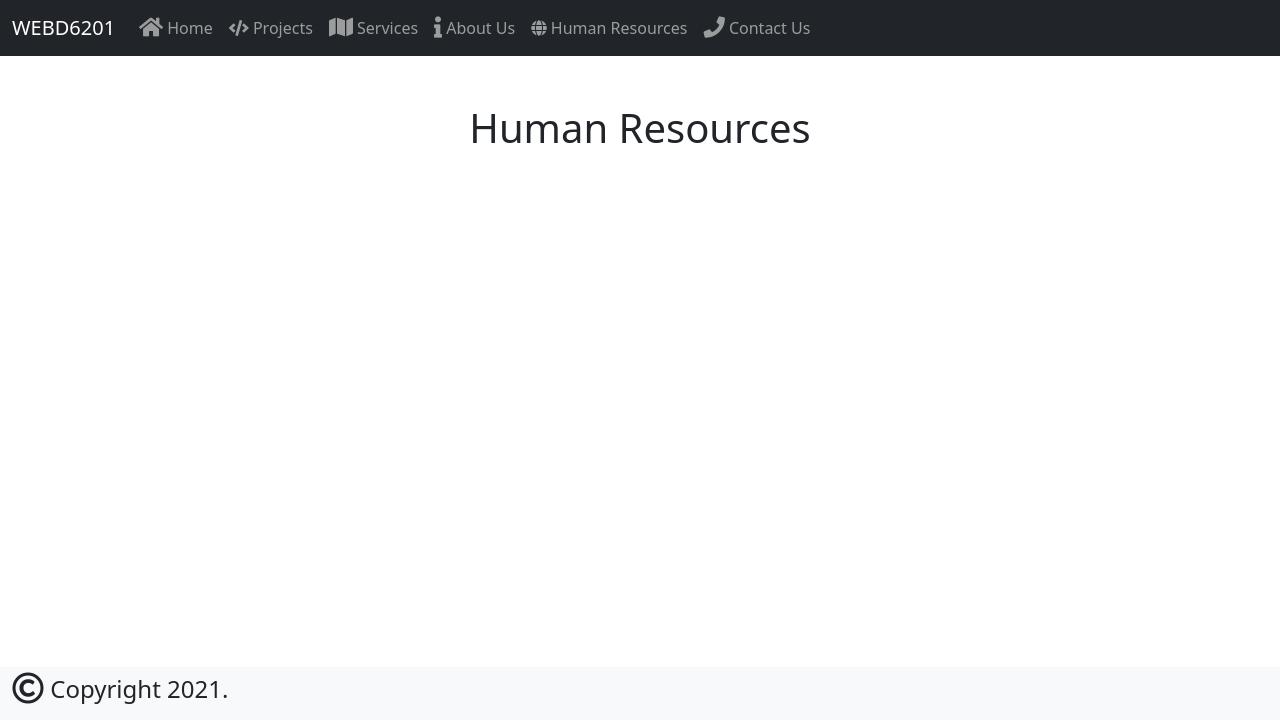
Repository: alto4/Lab-2-Nick-Scott-WEBD6201
Page: human-resources.html
These files come from the project's save history. The page is drawn as it stood at one moment and after a run of saves; the edit follows.
The browser window is 1280 px wide. The pictures show the whole page.

Above is the page before, as saved 2021-02-01 11:34:04.

### human-resources.html
<!DOCTYPE html>
<html lang="en">

<head>
  <meta charset="UTF-8">
  <meta name="viewport" content="width=device-width, initial-scale=1.0">
  <title>Human Resources</title>
  <!-- CSS Section -->
  <link rel="stylesheet" href="./node_modules/bootstrap/dist/css/bootstrap.min.css">
  <link rel="stylesheet" href="./node_modules/@fortawesome/fontawesome-free/css/all.min.css">
  <link rel="stylesheet" href="./Content/app.css">
</head>

<body>
  <!-- Main Header -->
  <header>
    <!-- Main Navigation -->
    <nav class="navbar navbar-expand-lg navbar-dark bg-dark">
      <div class="container-fluid">
        <a class="navbar-brand" href="index.html">WEBD6201</a>
        <button class="navbar-toggler" type="button" data-bs-toggle="collapse" data-bs-target="#navbarSupportedContent"
          aria-controls="navbarSupportedContent" aria-expanded="false" aria-label="Toggle navigation">
          <span class="navbar-toggler-icon"></span>
        </button>
        <div class="collapse navbar-collapse" id="navbarSupportedContent">
          <ul class="navbar-nav me-auto mb-2 mb-lg-0">
            <li class="nav-item">
              <a class="nav-link" aria-current="page" href="index.html"><i class="fas fa-home fa-lg"></i> Home</a>
            </li>

            <li class="nav-item">
              <a class="nav-link" aria-current="page" href="products.html"><i class="fas fa-cog fa-lg"></i> Products</a>
            </li>

            <li class="nav-item">
              <a class="nav-link" aria-current="page" href="services.html"><i class="fas fa-map fa-lg"></i> Services</a>
            </li>

            <li class="nav-item">
              <a class="nav-link" aria-current="page" href="about.html"><i class="fas fa-info fa-lg"></i> About
                Us</a>
            </li>

            <li class="nav-item">
              <a class="nav-link" aria-current="page" href="contact.html"><i class="fas fa-phone fa-lg"></i> Contact
                Us</a>
            </li>
          </ul>
        </div>
      </div>
    </nav>
  </header>

  <!-- Main Content -->
  <main class="container py-5 text-center">
    <h1>Human Resources</h1>
  </main>

  <!-- Main Footer -->
  <footer>
    <nav class="navbar fixed-bottom navbar-light bg-light">
      <div class="container-fluid">
        <h4><i class="far fa-copyright fa-lg"></i> Copyright 2021.</h4>
      </div>
    </nav>
  </footer>

  <!-- Script Section-->
  <script src="./node_modules/jquery/dist/jquery.min.js"></script>
  <script src="./node_modules/bootstrap/dist/js/bootstrap.bundle.min.js"></script>
  <script src="./Scripts/app.js"></script>
</body>

</html>

### Content/app.css
/* custom css goes here */



.outline {
    color: white;
    text-shadow: -1px -1px 0 #000, 1px -1px 0 #000, -1px 1px 0 #000, 1px 1px 0 #000;
  }

### Scripts/app.js
/* custom JavaScript goes here */

//IIFE - Immediately Invoked Function Expression
//AKA - Anonymous Self-Executing Function
//Closure - limits scope leak

"use strict";
/* Example of a class being created with brand new functions
let myContact =
{
  "firstName":"Nick SF",
  "contactNumber":"905-123-4567",
  "emailAddress":"email@test.com",
  "saysHello":function() { console.log(`${fullName} says Hello!`); },
  "someOtherObject":{  "friendsList":["Tony", "Stephen", "Peter"]  }

};*/


(function()
{

    function displayHome()
    {
      function bgFunction()
      {
      //  mainContent.insertAdjacentHTML(mainContent, "<p>This was added by a butto</p>")
        document.body.style.backgroundImage = "url('Assets/finn.png')";

      }
      document.body.style.backgroundColor = "#49A4B0";
      //document.querySelector("body").style.background = "url(../Assets/finn.png)";

        let paragraphOneText = "This is a simple site to demonstrate DOM Manipulation for ICE 1";

        let paragraphOneElement = document.getElementById("paragraphOne");

        paragraphOneElement.textContent = paragraphOneText;
        paragraphOneElement.className = "fs-5";

        // Step 1. document.createElement
        let newParagraph = document.createElement("p");
        // Step 2. configure the element
        newParagraph.setAttribute("id", "paragraphTwo");
        newParagraph.textContent = "...And this is paragraph two";
        // Step 3. select the parent element
        let mainContent = document.getElementsByTagName("main")[0];
        // Step 4. Add / Insert the element
        mainContent.appendChild(newParagraph);

        newParagraph.className = "fs-6";

        // another way of injecting content
        let paragraphDiv = document.createElement("div");
        let paragraphThree = `<p id="paragraphThree" class="fs-7 fw-bold">And this is the Third Paragraph</p>`;
        paragraphDiv.innerHTML = paragraphThree;

        // insertions

        // example of inserting before a node
        //newParagraph.before(paragraphDiv);

        // example of inserting after a node
        newParagraph.after(paragraphDiv);

        // deletions

        // example of removing a single element
        //paragraphOneElement.remove();

        // example of removeChild
        mainContent.removeChild(paragraphOneElement);

        // update / modification
        //mainContent.firstElementChild.textContent = "Welcome Home!";

        mainContent.innerHTML = `<h1 id="firstHeading" class="text-light outline">Welcome to WEBD6201 - Lab 1</h1>
        <button type="button" id="updateBackground" class="btn-lg btn-dark">Update Background Colour!</button>
         <p id="paragraphOne" class="fs-3 fw-bold text-light outline">This is my first Paragraph</p>
        `;

      const backgroundButton = document.querySelector('#updateBackground');

      backgroundButton.addEventListener("click", bgFunction);

    }

    function displayAbout()
    {
      // Grab container element
      let container = document.querySelector(".container");

      // Heading
      let heading = document.createElement("h1");
      heading.innerText = "Meet Scott & Nick";
      heading.style.textDecoration = "underline";
      heading.style.textDecorationColor = "green";
      container.appendChild(heading);

      // About Scott
      let aboutScottContainer = document.createElement("div");
      let aboutScottTextContainer = document.createElement("div");
      aboutScottTextContainer.innerHTML = '<h3 class="pb-4">Scott Alton</h3>';
      let aboutScottText = document.createElement("p");
      aboutScottContainer.classList.add("my-5", "border-bottom", "p-4", "justify-content-center");
      aboutScottTextContainer.classList.add("col-lg-6", "p-4");
      aboutScottText.innerText = "Scott is a full-stack developer based in Whitby, Ontario. I enjoy woring with JavaScript, Ruby on Rails,\
       and C#. Before coming to Durham College and pursuing a change in career direction, I worked as a cook and musician, and also \
       teach guitar and piano lessons. I love creating things from scratching and breaking down complex problems.";

      aboutScottTextContainer.appendChild(aboutScottText);

      // Button to view Scott resume
      let scottResumeButton = document.createElement("a");
      scottResumeButton.innerText = "View Resume";
      scottResumeButton.classList.add("btn", "btn-success");
      scottResumeButton.setAttribute("href", "./Assets/ScottAltonResume.pdf");
      scottResumeButton.setAttribute("target", "_blank");
      aboutScottTextContainer.appendChild(scottResumeButton);

      // Scott image
      let aboutScottImage = document.createElement("div");
      aboutScottImage.innerHTML = `<img src="../Assets/scottaltonpic.jpg" class="col-lg-6" />`
      aboutScottImage.classList.add("col-lg-4");
      aboutScottContainer.classList.add("row");

      // Inject elements into about container
      aboutScottContainer.appendChild(aboutScottTextContainer);
      aboutScottContainer.appendChild(aboutScottImage);

      // About Nick
      let aboutNickContainer = document.createElement("div");
      let aboutNickTextContainer = document.createElement("div");
      aboutNickContainer.classList.add("my-5", "p-4", "justify-content-center");
      aboutNickTextContainer.innerHTML = "<h3>Nick Sturch-Flint</h3>";
      let aboutNickText = document.createElement("p");
      aboutNickTextContainer.classList.add("col-lg-6", "p-4");
      aboutNickText.innerText = "Nick is a full-stack developer based in Oshawa, Ontario. I enjoy woring with JavaScript, Ruby on Rails,\
       and C#. Before coming to Durham College and pursuing a change in career direction, I worked as a cook and musician, and also \
       teach guitar and piano lessons. I love creating things from scratching and breaking down complex problems.";
      aboutNickTextContainer.appendChild(aboutNickText);


      // Button to view Nick resume
      let nickResumeButton = document.createElement("a");
      nickResumeButton.innerText = "View Resume";
      nickResumeButton.classList.add("btn", "btn-success");
      nickResumeButton.setAttribute("href", "./Assets/ScottAltonResume.pdf");
      nickResumeButton.setAttribute("target", "_blank");

      // Nick image element
      let aboutNickImage = document.createElement("div");
      aboutNickImage.innerHTML = `<img src="../Assets/nick.jpg" class="col-lg-6" />`
      aboutNickImage.classList.add("col-lg-4");
      aboutNickContainer.classList.add("row");

      // Inject elements into about container
      aboutNickContainer.appendChild(aboutNickImage);
      aboutNickTextContainer.appendChild(nickResumeButton);
      aboutNickContainer.appendChild(aboutNickTextContainer);

      container.appendChild(aboutScottContainer);
      container.appendChild(aboutNickContainer);

    }

    function displayProjects()
    {
      // Store array of projects
      let scottProjects = [
        {
          name: "The Shoppies Awards",
          technologies: ["react", "css", "bootstrap"],
          image: "./Assets/shoppies.jpg",
          github: "https://github.com/alto4/ShoppiesAwardsApp",
          demo: "https://shoppies-awards-2021.netlify.app/"
        },
        {
          name: "Currency Converter",
          technologies: ["react", "css", "bootstrap"],
          image: "./Assets/currency-converter.jpg",
          github: "https://github.com/alto4/SACurrencyExchange",
          demo: "https://sacurrency.herokuapp.com"
        },
        {
          name: "SA Corp. CRM",
          technologies: ["php", "postgresql", "bootstrap"],
          image: "./Assets/sacorp.jpg",
          github: "https://github.com/alto4/SACorpPHP/tree/master/htdocs/WEBD3201/Lab4/lab4",
          demo: "https://screenrec.com/share/8Lu5gH9Wwm"
        },
      ];

      let nickProjects = [
        {
          name: "Sweet Project #1",
          technologies: ["html", "css", "bootstrap"],
          image: "./Assets/finnlogo.png",
          github: "#",
          demo: "#"
        },
        {
          name: "Sweet Project #2",
          technologies: ["html", "css", "bootstrap"],
          image: "./Assets/finnlogo.png",
          github: "#",
          demo: "#"
        },
        {
          name: "Sweet Project #3",
          technologies: ["html", "css", "bootstrap"],
          image: "./Assets/finnlogo.png",
          github: "#",
          demo: "#"
        },
      ]

      let container = document.querySelector(".container");
      let projectsContainer = document.createElement("div");
      projectsContainer.classList += "container mx-auto row projects";
      container.after(projectsContainer);
      let projectsHTML = "";

      /**
       * displayProjects - renders an array of project objects into DOM
       */
      function displayProjects(projects) {
        projects.forEach(project => {
          const { name, technologies, image, github, demo } = project;
           projectsHTML += `
            <div class="card text-center col-md-6 col-lg-4 p-4">
              <h4>${name}</h4>
              <img src="${image}"class="mx-auto" />
              <div class="row p-4">
                <a href="${github}" target="_blank" class="col-6 btn btn-dark">Code</a>
                <a href="${demo}" target="_blank" class="col-6 btn btn-success">Demo</a>
              </div>
            </div>
          `;
        });
      }

      displayProjects([...scottProjects, ...nickProjects]);

      document.querySelector('.projects').innerHTML += projectsHTML;
    }

    function displayServices()
    {

    }

    function displayContact()
    {

        let heading = document.querySelector("h1");
        let subHeading = document.createElement("p");
        subHeading.className += "lead w-50 mb-4 text-bold mx-auto";
        subHeading.innerText = "Get in touch to discuss your next project today! We are always looking to take on exciting work."
        heading.after(subHeading);

        let messageArea = document.getElementById("messageArea");
        messageArea.hidden = true;

        // form validation
        let fullName = document.getElementById("fullName");
        fullName.addEventListener("blur", function() {
            if(fullName.value.length < 2)
            {
                fullName.focus();
                fullName.select();
                messageArea.hidden = false;
                messageArea.className = "alert alert-danger w-50 mx-auto";
                messageArea.textContent = "Please enter an appropriate Name";
            }
            else
            {
                messageArea.removeAttribute("class");
                messageArea.hidden = true;
            }
        });

        let sendButton = document.getElementById("sendButton");
        sendButton.addEventListener("click", function(event){
            //event.preventDefault();
            let contact = new Contact(fullName.value, contactNumber.value, emailAddress.value);
            console.log(contact.serialize());

            if(contact.serialize()) //checking if the serialized object exists
            {
              localStorage.setItem((localStorage.length + 1).toString(), contact.serialize());
            }

            fullName.value = "";
            contactNumber.value = "";
            emailAddress.value = "";
            message.value = "";
          });
    }
    function displayContactList()
    {

      if(localStorage.length > 0)
      {
        let contactList = document.getElementById("contactList");

        let data = "";

        for (let index = 0; index < localStorage.length; index++)
        {
          let contactData = localStorage.getItem((index + 1).toString());

          console.log(contactData);

          let contact = new Contact();
          contact.deserialize(contactData);

          data += `<tr>
                  <th scope="row">${index + 1}</th>
                  <td>${contact.FullName}</td>
                  <td>${contact.ContactNumber}</td>
                  <td>${contact.EmailAddress}</td>
                  </tr>`;
        }

        contactList.innerHTML = data;
      }


    }

    function Start()
    {
        console.log("App Started...");

        // Dynamically update Products nav link to Projects
        document.querySelectorAll("nav ul li a")[1].innerHTML = '<i class="fa fa-code"></i> Projects';

        // Create new nav link item and inject into navbar after about us
        const navLinkItem = document.createElement("li");
        navLinkItem.classList.add("nav-item");
        const navLink = document.createElement("a");
        navLink.classList.add("nav-link");
        navLink.setAttribute("href", "human-resources.html")
        navLink.innerHTML = '<i class="fa fa-globe"></i> Human Resources';
        navLinkItem.appendChild(navLink);

        document.querySelectorAll("nav ul li")[3].after(navLinkItem)


        switch (document.title)
        {
          case "Home":
              displayHome();
            break;
          case "About":
              displayAbout();
            break;
          case "Projects":
              displayProjects();
            break;
          case "Services":
              displayServices();
            break;
          case "Contact":
              displayContact();
            break;
          case "Contact-List":
              displayContactList();
            break;
        }

    }

    window.addEventListener("load", Start);

})();

Loaded but not shown: node_modules/bootstrap/dist/css/bootstrap.min.css (library); node_modules/@fortawesome/fontawesome-free/css/all.min.css (library); node_modules/jquery/dist/jquery.min.js (library); node_modules/bootstrap/dist/js/bootstrap.bundle.min.js (library)

After the next 2 saves:
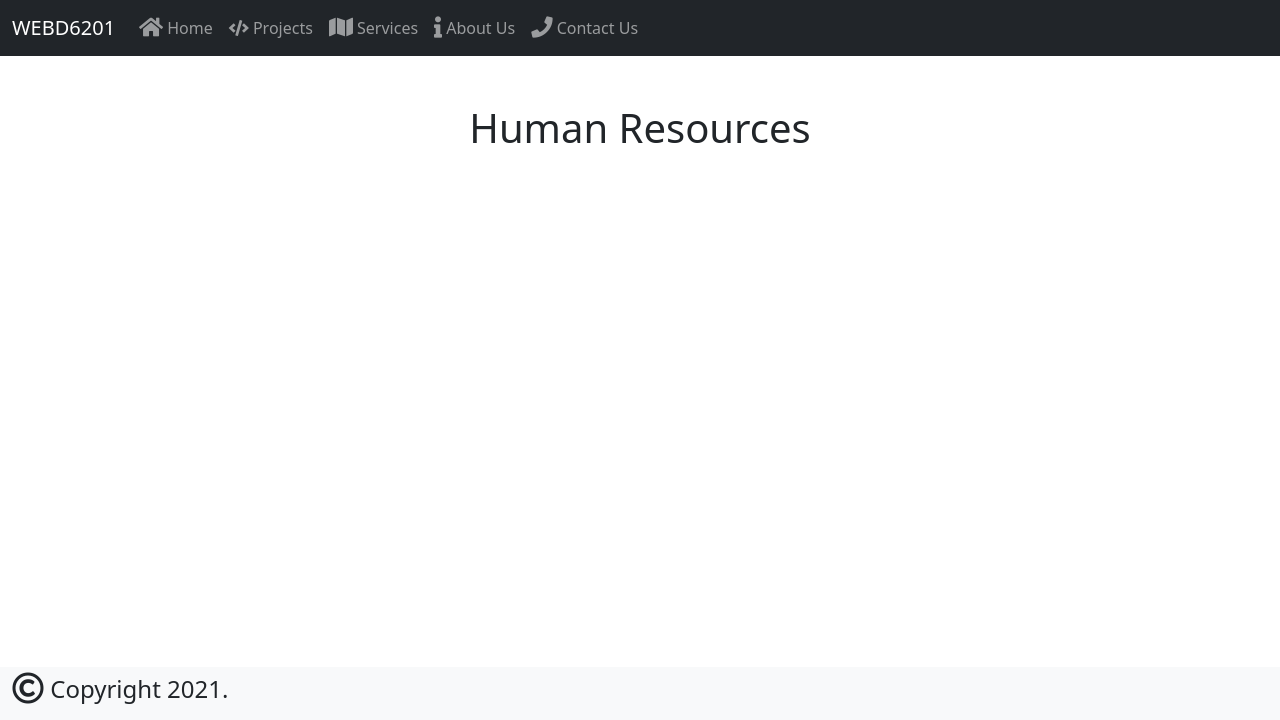
Console error (its wording comes from the project's code and is left out).
The 2 saves are shown as one change because they came seconds apart.
The last was saved 92 s later.
--- a/Scripts/app.js
+++ b/Scripts/app.js
@@ -340,7 +340,7 @@
         const navLinkItem = document.createElement("li");
         navLinkItem.classList.add("nav-item");
         const navLink = document.createElement("a");
-        navLink.classList.add("nav-link");
+        navLink.classList.add("nav-link active");
         navLink.setAttribute("href", "human-resources.html")
         navLink.innerHTML = '<i class="fa fa-globe"></i> Human Resources';
         navLinkItem.appendChild(navLink);

After the save that followed:
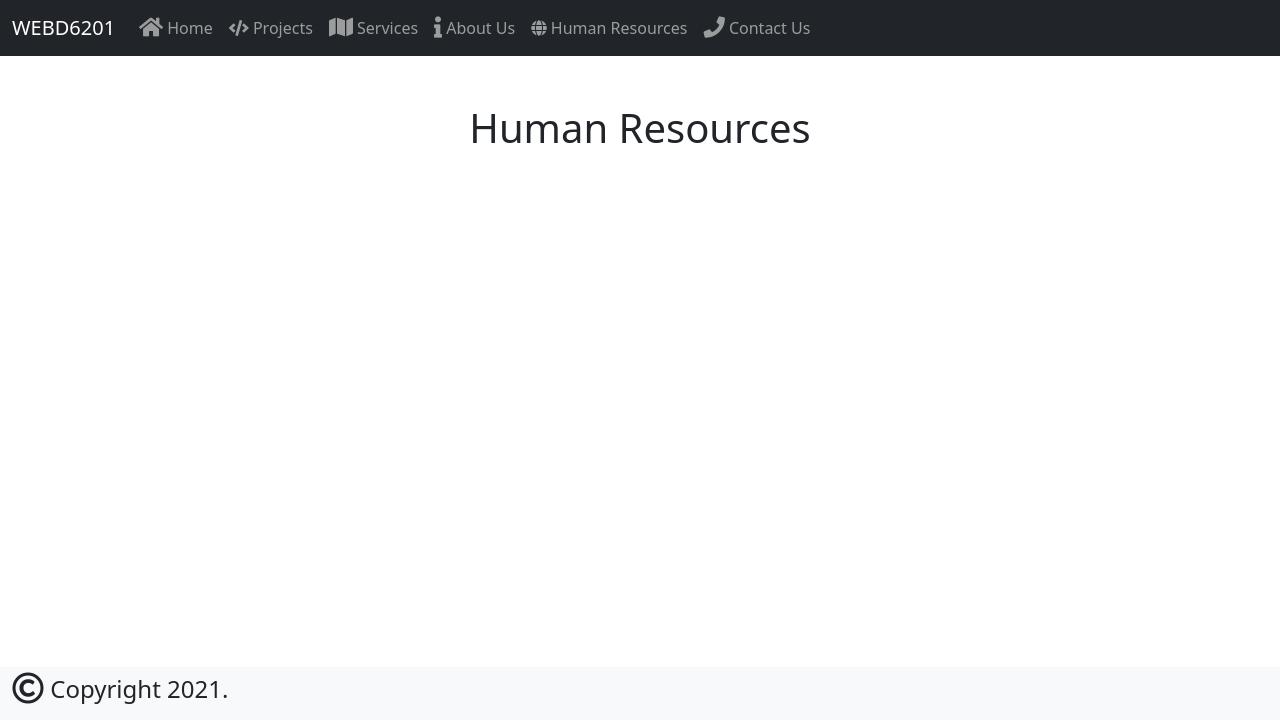
The error is gone.
Saved 7 s later.
--- a/Scripts/app.js
+++ b/Scripts/app.js
@@ -340,7 +340,7 @@
         const navLinkItem = document.createElement("li");
         navLinkItem.classList.add("nav-item");
         const navLink = document.createElement("a");
-        navLink.classList.add("nav-link active");
+        navLink.classList.add("nav-link");
         navLink.setAttribute("href", "human-resources.html")
         navLink.innerHTML = '<i class="fa fa-globe"></i> Human Resources';
         navLinkItem.appendChild(navLink);
